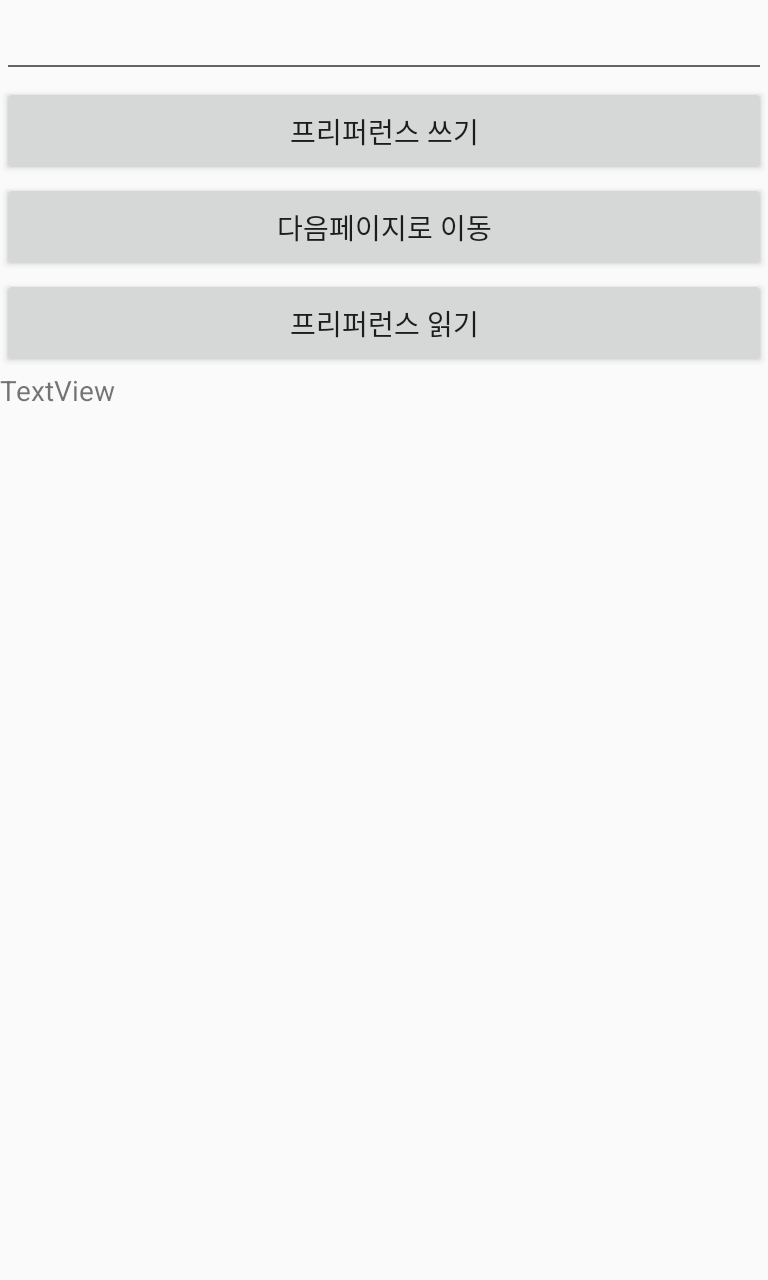
Repository: testGitHubTeam/study_Android
Layout: 66PreferencesEx/res/layout/activity_main.xml
An editor plug-in stored every save of this project. The layout is shown before and after the next save, followed by the edit.
It is drawn on a 768 x 1280 px phone screen (xhdpi) without system bars, with theme AppTheme; the app's code is not run.

Above is the layout before, as saved 2014-04-29 02:14:20.

### 66PreferencesEx/res/layout/activity_main.xml
<LinearLayout xmlns:android="http://schemas.android.com/apk/res/android"
    xmlns:tools="http://schemas.android.com/tools"
    android:id="@+id/container"
    android:layout_width="match_parent"
    android:layout_height="match_parent"
    tools:context="kr.android.preferences.MainActivity"
    tools:ignore="MergeRootFrame"
    android:orientation="vertical"
     >

    <EditText
        android:id="@+id/etText"
        android:layout_width="match_parent"
        android:layout_height="wrap_content"
        />

    <Button
        android:id="@+id/btnWrite"
        android:layout_width="match_parent"
        android:layout_height="wrap_content"
        android:text="프리퍼런스 쓰기" />

    <Button
        android:id="@+id/btnMove"
        android:layout_width="match_parent"
        android:layout_height="wrap_content"
        android:text="다음페이지로 이동" />

    <Button
        android:id="@+id/btnRead"
        android:layout_width="match_parent"
        android:layout_height="wrap_content"
        android:text="프리퍼런스 읽기" />

    <TextView
        android:id="@+id/textView1"
        android:layout_width="match_parent"
        android:layout_height="wrap_content"
        android:text="TextView" />

</LinearLayout>

Loaded but not shown: 66PreferencesEx/res/values/styles.xml (common file); 66PreferencesEx/res/values-v11/styles.xml (common file); 66PreferencesEx/res/values-v14/styles.xml (common file)

After the next save:
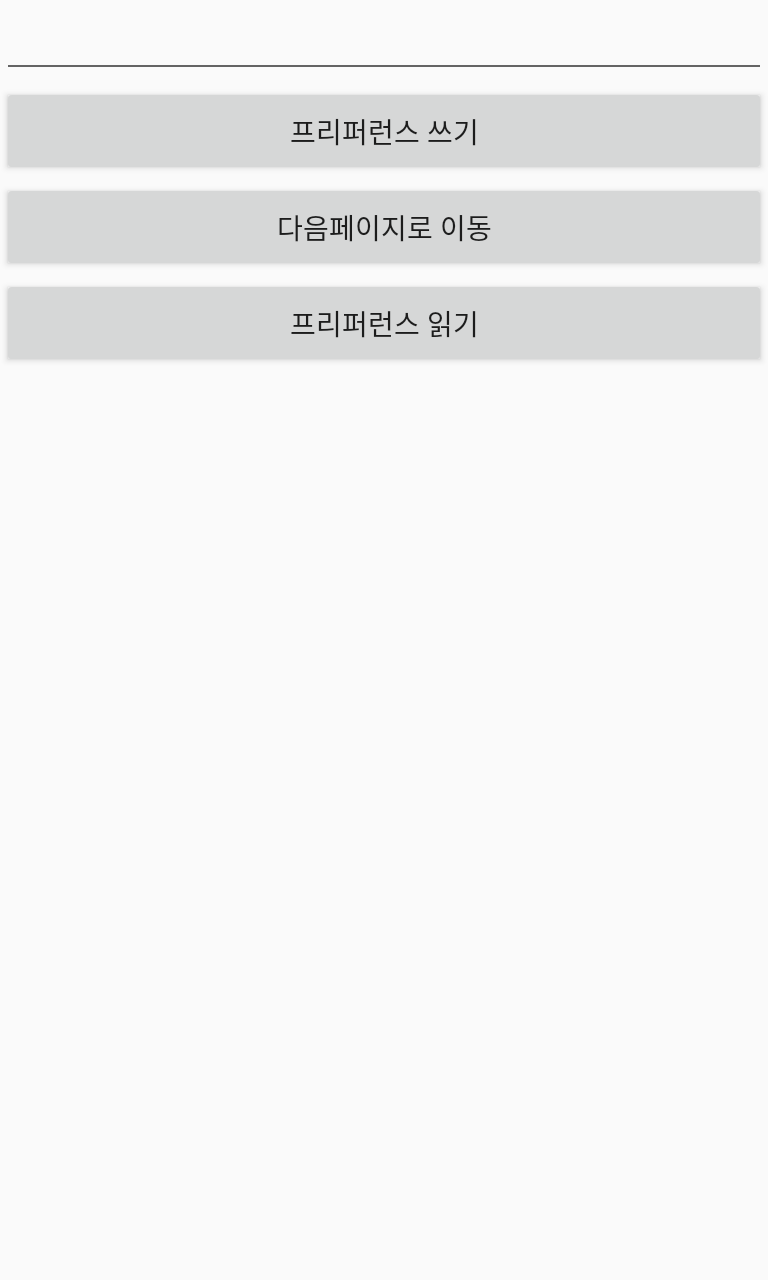
Saved 6 s later.
--- a/66PreferencesEx/res/layout/activity_main.xml
+++ b/66PreferencesEx/res/layout/activity_main.xml
@@ -33,9 +33,9 @@
         android:text="프리퍼런스 읽기" />
 
     <TextView
-        android:id="@+id/textView1"
+        android:id="@+id/tv"
         android:layout_width="match_parent"
         android:layout_height="wrap_content"
-        android:text="TextView" />
+         />
 
 </LinearLayout>
